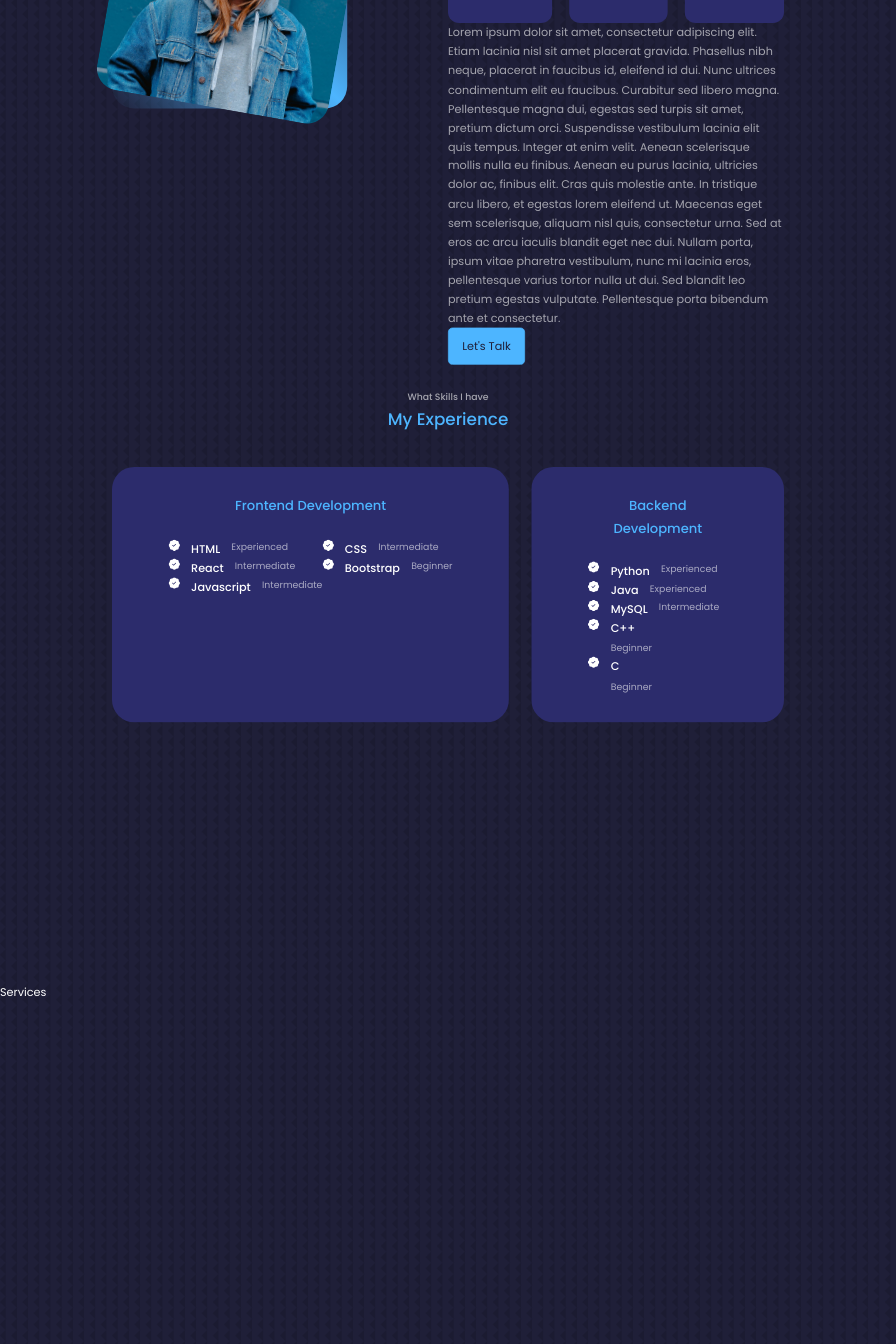
Repository: smallchungus/resumeWebsite
Page: / (app in hello/)
The author's editor kept a copy of each file at every save. The page is drawn from the files as they stood at one save, then again after a run of saves.
The browser window is 1280 px wide. The pictures show the part of the page from y = 1140 to 3060 px (the page is 5835 px tall), at 70% of full size.
The project was rebuilt for these pictures with package versions that can differ from the ones it lists, and the page was loaded fresh each time. Also part of the build but not shown: hello/src/components/portfolio/portfolio.css, hello/src/components/contact/contact.css, hello/src/components/footer/footer.css. Imported but missing from the stored project, and not drawn on this page: hello/src/assets/cv.pdf.

Above is the page before, as saved 2023-03-23 19:14:25.

### hello/public/index.html
<!DOCTYPE html>
<html lang="en">

<head>
    <meta charset="UTF-8">
    <meta http-equiv="X-UA-Compatible" content="IE=edge">
    <meta name="viewport" content="width-device-width, initial-scale=1.0">
    <title>Resume Portfolio Website</title>
</head>
<body>
    <div id="root"></div>
</body>
</html>

### hello/src/App.jsx
import React from 'react'
import Header from './components/header/Header'
import Nav from './components/nav/Nav'
import About from './components/about/About'
import Experience from './components/experience/Experience'
import Services from './components/services/Services'
import Portfolio from './components/portfolio/Portfolio'
import Testimonial from './components/testimonial/Testimonial'
import Contact from './components/contact/Contact'
import Footer from './components/footer/Footer'

const App = () => {
  return (
    <>
    <Header />
    <Nav />
    <About />
    <Experience />
    <Services />
    <Portfolio />
    <Testimonial />
    <Contact />
    <Footer />
    </>
  )
}

export default App

### hello/src/index.css
@import url('https://fonts.googleapis.com/css2?family=Poppins:wght@300;400;500;600&display=swap');

*{
    margin: 0;
    padding: 0;
    border :0;
    outline: 0;
    box-sizing: border-box;
    list-style: none;
    text-decoration: none;

}

:root {
    --color-bg: #1f1f38;
    --color-bg-variant: #2c2c6c;
    --color-primary: #4db5ff;
    --color-primary-variant: rgba(77, 181, 255, 0.4);
    --color-white: #fff;
    --color-light: rgba(255,255,255,0.6);

    --transition: all 400ms ease;

    --container-width-lg: 75%;
    --container-width-md: 86%;
    --container-width-sm: 90%;

}

html{
    scroll-behavior: smooth;
}

body{
    font-family: 'Poppins', sans-serif;
    background: var(--color-bg);
    color: var(--color-white);
    line-height: 1.7;
    background-image: url(../src/assets/bg-texture.png)
}

/* ======================= General Styles =================*/

.container{
    width: var(--container-width-lg);
    margin: 0 auto;
}

h1,h2,h3,h4,h5{
    font-weight: 500;
}

h1{
    font-size:2.5rem;

}

section {
    margin-top: 8rem;
    height: 100vh;
}

section > h2, section > h5 {
    text-align: center;
    color: var(--color-light);
}

section > h2 {
    color: var(--color-primary);
    margin-bottom: 3rem;
}

.text-light{
    color:var(--color-light);
}

a{
    color: var(--color-primary);
    transition: var(--transition);
}

a:hover{
    color: var(--color-white);
}

.btn{
    width: max-content;
    display: inline-block;
    color: var(--color-primary);
    padding: 0.75rem 1.2rem;
    border-radius: 0.4rem;
    cursor: pointer;
    border: 1px solid var(--color-primary);
    transition: var( --transition );
}

.btn:hover{
    background: var(--color-white);
    color: var(--color-bg);
    border-color: transparent;
}

.btn-primary{
    background: var(--color-primary);
    color: var(--color-bg);
}

img{
    display: block;
    width: 100%;
    object-fit: cover;
}


/*==================Media Queries (Medium Devices ) ============= */
@media screen and (max-width: 1024px) {
    .container{
        width: var(--container-width-md);
    }

    section{
        margin-top: 6rem;
    }
}

/*==================Media Queries (Small Devices ) ============= */
@media screen and (max-width: 600px) {
    .container{
        width: var(--container-width-sm);
    }

    section > h2{
        margin-top: 2rem;
    }
}

### hello/src/components/header/Header.jsx
import React from 'react'
import './header.css'
import CTA from './CTA'
import ME from '../../assets/me.png'
import HeaderSocials from './HeaderSocials'
const Header = () => {
  return (
    <header>
      <div className="container header_container">
        <h5>Hello I'm</h5>
        <h1>William Chen</h1>
        <h5 className='text-light'>Fullstack Developer</h5>
        <CTA />
        <HeaderSocials/>

        <div className="me">
          <img src={ME} alt="me" />
        </div>

        <a href='#contact' className='scroll_down'>Scroll down</a>
      </div>
    </header>
  )
}

export default Header

### hello/src/components/nav/Nav.jsx
import React from 'react'
import './nav.css'
import {AiOutlineHome} from 'react-icons/ai'
import {AiOutlineUser}  from 'react-icons/ai'
import {BiBook} from 'react-icons/bi'
import {RiServiceLine} from 'react-icons/ri'
import {BiMessageSquareDetail} from 'react-icons/bi'
import {useState} from 'react'

const Nav = () => {
  const[activeNav, setActiveNav] = useState('#');
  return (
    <nav>
      <a href="#" onClick={() => setActiveNav('#')} className={activeNav === '#' ? 'active' : ''}><AiOutlineHome/></a>
      <a href="#about" onClick={() => setActiveNav('#about')} className={activeNav === '#about' ? 'active' : ''}><AiOutlineUser/></a>
      <a href="#experience" onClick={() => setActiveNav('#experience')} className={activeNav === '#experience' ? 'active' : ''}><BiBook/></a>
      <a href="#services" onClick={() => setActiveNav('#services')} className={activeNav === '#services' ? 'active' : ''}><RiServiceLine/></a>
      <a href="#contact" onClick={() => setActiveNav('#contact')} className={activeNav === '#contact' ? 'active' : ''}><BiMessageSquareDetail/></a>
    </nav>
  )
}

export default Nav

### hello/src/components/about/About.jsx
import React from 'react'
import './about.css'
import ME from '../../assets/me-about.jpg'
import {FiAward} from 'react-icons/fi'
import {FiUsers} from 'react-icons/fi'
import {VscFolderLibrary} from 'react-icons/vsc'

const About = () => {
  return (
    <section id='about'>
      <h5>Get To Know </h5>
      <h2>About Me</h2>

      <div className="container about_container">
        <div className="about_me" >
          <div className="about_me-image">
          <img src={ME} alt="About Image" />
          </div>
        </div>

        <div className="about_content">
          <div className="about_cards">
            <article className="about_card">
              <FiAward className='about_icon'/>
              <h5>Experience</h5>
              <small>1 Year Working</small>
            </article>
            <article className="about_card">
              <FiUsers className='about_icon'/>
              <h5>Clients</h5>
              <small>200+ clients worldwide</small>
            </article>
            <article className="about_card">
              <VscFolderLibrary className='about_icon'/>
              <h5>Projects</h5>
              <small>80+ completed</small>
            </article>
          </div>
          <p>
          Lorem ipsum dolor sit amet, consectetur adipiscing elit. Etiam lacinia nisl sit amet placerat gravida. Phasellus nibh neque, placerat in faucibus
          id, eleifend id dui. Nunc ultrices condimentum elit eu faucibus. Curabitur sed libero magna. Pellentesque magna dui, egestas sed turpis
          sit amet, pretium dictum orci. Suspendisse vestibulum lacinia elit quis tempus. Integer at enim velit. Aenean scelerisque mollis nulla eu finibus. Aenean eu purus lacinia, ultricies dolor ac, finibus elit.
          Cras quis molestie ante. In tristique arcu libero, et egestas lorem eleifend ut. Maecenas eget sem scelerisque, aliquam nisl quis, consectetur urna. Sed at eros ac arcu iaculis blandit eget nec dui. Nullam porta,
          ipsum vitae pharetra vestibulum, nunc mi lacinia eros, pellentesque varius tortor nulla ut dui. Sed blandit leo pretium egestas vulputate. Pellentesque porta bibendum ante et consectetur.
          </p>
          <a href="#contact" className='btn btn-primary'>Let's Talk</a>

        </div>
      </div>
    </section>
  )
}

export default About

### hello/src/components/experience/Experience.jsx
import React from 'react'
import './experience.css'
import {BsPatchCheckFill} from'react-icons/bs'



const Experience = () => {
  return (
    <section id='experience'>
      <h5>What Skills I have</h5>
      <h2>My Experience</h2>

      <div className="container experience_container">
        <div className="experience_frontend">
          <h3>Frontend Development</h3>
          <div className="experience_content">
            <article className='experience_details'>
              <BsPatchCheckFill />
              <h4>HTML</h4>
              <small className='text-light' >Experienced </small>
            </article>
            <article className='experience_details'>
              <BsPatchCheckFill />
              <h4>CSS</h4>
              <small className='text-light' >Intermediate </small>
            </article>
            <article className='experience_details'>
              <BsPatchCheckFill />
              <h4>React</h4>
              <small className='text-light' >Intermediate </small>
            </article>
            <article className='experience_details'>
              <BsPatchCheckFill />
              <h4>Bootstrap</h4>
              <small className='text-light' >Beginner </small>
            </article>
            <article className='experience_details'>
              <BsPatchCheckFill />
              <h4>Javascript</h4>
              <small className='text-light' >Intermediate </small>
            </article>
          </div>
        </div>



        <div className="experience_backend">
          <h3>Backend Development</h3>
          <article className='experience_details'>
              <BsPatchCheckFill />
              <h4>Python</h4>
              <small className='text-light' >Experienced </small>
            </article>
            <article className='experience_details'>
              <BsPatchCheckFill />
              <h4>Java</h4>
              <small className='text-light' >Experienced </small>
            </article>
            <article className='experience_details'>
              <BsPatchCheckFill />
              <h4>MySQL</h4>
              <small className='text-light' >Intermediate </small>
            </article>

            <article className='experience_details'>
              <BsPatchCheckFill />
              <div>
                <h4>C++</h4>
                <small className='text-light' >Beginner </small>
              </div>
            </article>
            <article className='experience_details'>
              <BsPatchCheckFill />
              <div>
                <h4>C</h4>
                <small className='text-light' >Beginner </small>
              </div>
            </article>
        </div>
      </div>
    </section>
  )
}

export default Experience

### hello/src/components/portfolio/Portfolio.jsx
import React from 'react'
import './portfolio.css'


const Portfolio = () => {
  return (
    < section id='portfolio'>Portfolio</section>
  )
}

export default Portfolio

### hello/src/components/testimonial/Testimonial.jsx
import React from 'react'
import './testimonial.css'
const Testimonial = () => {
  return (
    <section id='testimonials'>Testimonial</section>
  )
}

export default Testimonial

### hello/src/components/contact/Contact.jsx
import React from 'react'
import './contact.css'
const Contact = () => {
  return (
    <section id='contact'>Contact</section>
  )
}

export default Contact

### hello/src/components/header/header.css
header {
    height: 100vh;
    padding-top: 7rem;
    overflow: hidden;
}

.header_container{
    text-align: center;
    height: 100%;
    position: relative;
}

/*========================= CTA ======================= */
.cta {
    margin-top: 2.5rem;
    display: flex;
    gap: 1.2rem;
    justify-content: center;

}

/* ======================= Header Socials ==================== */
.header_socials {
    display: flex;
    flex-direction: column;
    align-items: center;
    gap: 0.8rem;
    position: absolute;
    left: 0;
    bottom: 3rem;

}

.header_socials::after{
    content: '';
    width: 1px;
    height: 2rem;
    background: var(--color-primary);
}

/* ===================== ME ==================*/

.me{
    background: linear-gradient(var(--color-primary), transparent);
    width: 22rem;
    height: 30rem;
    position: absolute;
    left: calc(50% - 11rem);
    margin-top: 4rem;
    border-radius: 12rem 12rem 0 0;
    overflow: hidden;
    padding: 5rem 1.5rem 1.5rem 1.5rem;

}

.scroll_down {
    position: absolute;
    right: -2.3rem;
    bottom: 5rem;
    transform: rotate(90deg);
    font-weight: 300;
    font-size: 0.9rem;
}

@media screen and (max-width: 600px) {
    header {
        height: 100vh;
    }
}

@media screen and (max-width: 600px)
{
    header {
        height: 100vh;
    }

    .header_socials, .scroll_down{
        display: none;
    }
}

### hello/src/components/header/CTA.jsx
import React from 'react'
import CV from '../../assets/cv.pdf'
const CTA = () => {
  return (
    <div className ='cta'>
        <a href={CV} download className='btn'>Download CV</a>
        <a href="#contact" className='btn btn-primary'>Let's Talk</a>
    </div>
  )
}

export default CTA

### hello/src/components/header/HeaderSocials.jsx
import React from 'react'
import {BsLinkedin} from 'react-icons/bs'
import {BsGithub} from 'react-icons/bs'
import {AiFillDribbbleSquare} from 'react-icons/ai'
const HeaderSocials = () => {
  return (
    <div className='header_socials'>
        <a href="https://linkedin.com/willchenn" target="_blank"><BsLinkedin></BsLinkedin></a>
        <a href="https://github.com/smallchungus" target="_blank"><BsGithub></BsGithub></a>
        <a href="https://dribble.com/" target="_blank"><AiFillDribbbleSquare></AiFillDribbbleSquare></a>
        </div>
  )
}

export default HeaderSocials

### hello/src/components/nav/nav.css
nav {
    background: rgba(0, 0, 0, 0.3);
    width: max-content;
    display: block;
    padding: 0.7rem 1.7rem;
    z-index: 2;
    position: fixed;
    left: 50%;
    transform: translateX(-50%);
    bottom: 2rem;
    display: flex;
    gap: 0.8rem;
    border-radius: 3rem;
    backdrop-filter: blur(15px);
}

nav a{
    background: transparent;
    padding: 0.9rem;
    border-radius: 50%;
    display: flex;
    color: var(--color-light);
    font-size: 1.1rem;
}

nav a:hover{
    background: rgba(0,0,0,0.3);
}

nav a.active {
    background: var(--color-bg);
    color: var(--color-white);
}

### hello/src/components/about/about.css
.about_container {
    display: grid;
    grid-template-columns: 35% 50%;
    gap: 15%;
}

.about_me {
    width: 100%;
    aspect-ratio: 1/1;
    border-radius: 2rem;
    background: linear-gradient(
        45deg,
        transparent,
        var(--color-primary),
        transparent
    );
    display: grid;
    place-items: center;
}

.about_me-image{
    border-radius: 2rem;
    overflow: hidden;
    transform: rotate(10deg);
    transition: var(--transition);

}

.about_me-image:hover{
    transform: rotate(0);
}

.about_cards{
    display: grid;
    grid-template-columns: repeat(3, 1fr);
    gap: 1.5rem;
}

.about_card {
    background: var(--color-bg-variant);
    border: 1px solid transparent;
    border-radius: 1rem;
    padding: 2rem;
    text-align: center;
    transition: var(--transition);
}

.about_card:hover {
    background: transparent;
    border-color: var(--color-primary-variant);
    cursor: default;
}

.about_icon {
    color: var(--color-primary);
    font-size: 1.4 rem;
    margin-bottom: 1rem;
}

.about_card h5 {
    font-size: 0.95rem;
}

.about_card small {
    font-size: 0.7 rem;
    color: var(--color-light);
}

.about_content p {
    margin: 2rem 0 2.6 rem;
    color: var(--color-light);
}

@media screen and (max-width: 1024px) {
    .about_container {
        grid-template-columns: 1fr;
        gap: 0;
    }

    .about_me {
        width: 50%;
        margin: 2rem auto 4rem;
    }

    .about_content p{
        margin: 1rem 0 1.5rem;
    }
}

@media screen and (max-width: 600px )
{
    .about_me{
        width: 65%;
        margin: 0 auto 3rem;
    }
    .about_cards {
        grid-template-columns: 1fr 1fr;
        gap: 1rem;
    }
    .about_content {
        text-align: center;
    }
    .about_content p {
        margin: 1.5rem 0;
    }
}

### hello/src/components/experience/experience.css
.experience_container{
    display: grid;
    grid-template-columns: 1fr 1fr;
    gap: 2rem;
}

.experience_container > div {
    background: var(--color-bg-variant);
    padding: 2.4rem 5rem;
    border-radius: 2rem;
    border: 1px solid transparent;
    transition: var(--transition);
}

.experience_container > div:hover {
    background: transparent;
    border-color: var(--color-primary-variant);
    cursor: default;
}

.experience_container > div h3 {
    text-align: center;
    margin-bottom: 2rem;
    color: var(--color-primary);
}

.experience_content {
    display: grid;
    grid-template-columns: 1fr 1fr;
}

.experience_details {
    display: flex;
    gap: 1rem;
}

Loaded but not shown: hello/src/index.js (common file); hello/src/components/services/Services.jsx (common file); hello/src/components/footer/Footer.jsx (common file); hello/src/components/services/services.css (no stored copy; drawn as an empty file); hello/src/components/testimonial/testimonial.css (no stored copy; drawn as an empty file)

After the next 5 saves:
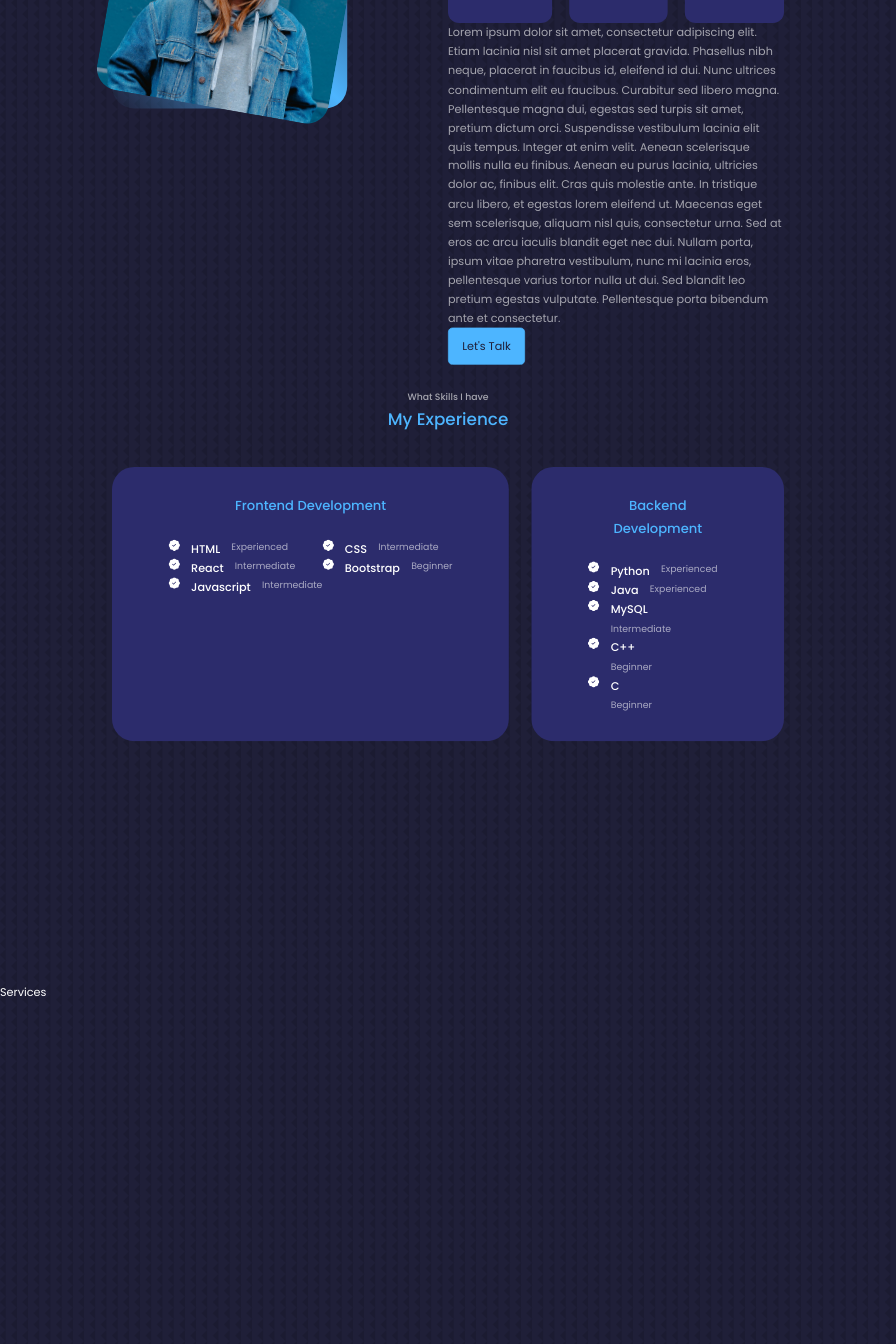
The 5 saves are shown as one change because 1 did not build or start and some came seconds apart.
The last was saved 25 s later.
--- a/hello/src/components/experience/Experience.jsx
+++ b/hello/src/components/experience/Experience.jsx
@@ -58,8 +58,10 @@ const Experience = () => {
             </article>
             <article className='experience_details'>
               <BsPatchCheckFill />
-              <h4>MySQL</h4>
-              <small className='text-light' >Intermediate </small>
+              <div>
+                <h4>MySQL</h4>
+                <small className='text-light' >Intermediate </small>
+              </div>
             </article>
 
             <article className='experience_details'>
